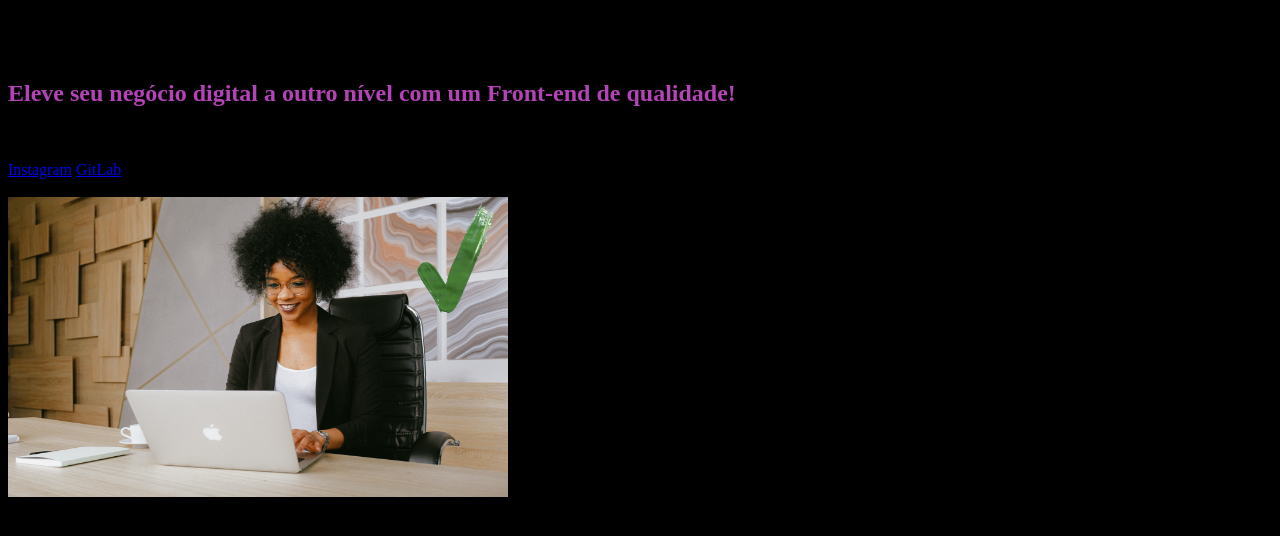
Repository: AnaFzCz/PROYECTOS-HTML---CSS2
Page: Portafolio/index.html
These files come from the project's save history. The page is drawn as it stood at one moment and after the next save; the edit follows.
The browser window is 1280 px wide. The pictures show the whole page.

Above is the page before, as saved 2025-01-22 12:58:01.

### Portafolio/index.html
<!DOCTYPE html>
<html lang="en">
<head>
    <meta charset="UTF-8">
    <meta http-equiv="X-UA-Compatible" content="IE=edge">
    <meta name="viewport" content="width=device-width, initial-scale=1.0">
    <title>Portafolio</title>
    <link rel="stylesheet" href="style.css">
</head>
<body>
    <header>

    </header>
    <main>
        <h1 style="text-align: center;">PORTAFOLIO ANA</h1>
        <h2 style="color:#B343B6">Eleve seu negócio digital a outro nível <strong>com um Front-end de qualidade!</strong></h2>
        <p>Olá! Sou Joana Santos, desenvolvedora Front-end com especialidade em React, HTML e CSS. Ajudo pequenos negócios e designers a colocarem em prática boas ideias. Vamos conversar?</p>

        <div >
        <a href="https://instagram.com">Instagram</a>
        <a href="https://github.com/AnaFzCz">GitLab</a>
        <br>
        <br>
        <img src="home-office.jpg" alt="homeoffice" style="width:500px;height: 300px;">
        </div>
    </main>
    <footer></footer>
</body>
</html>

### Portafolio/style.css
body{
   background-color: black;
   color:F6F6F6;

}
/*h1 {
    color: #333333;

}
button {
    background-color: green;
    color: white;

}
footer {
    background-color: gray;
    color: white;

}
a {
    color: DodgerBlue;

}*/

After the next save:
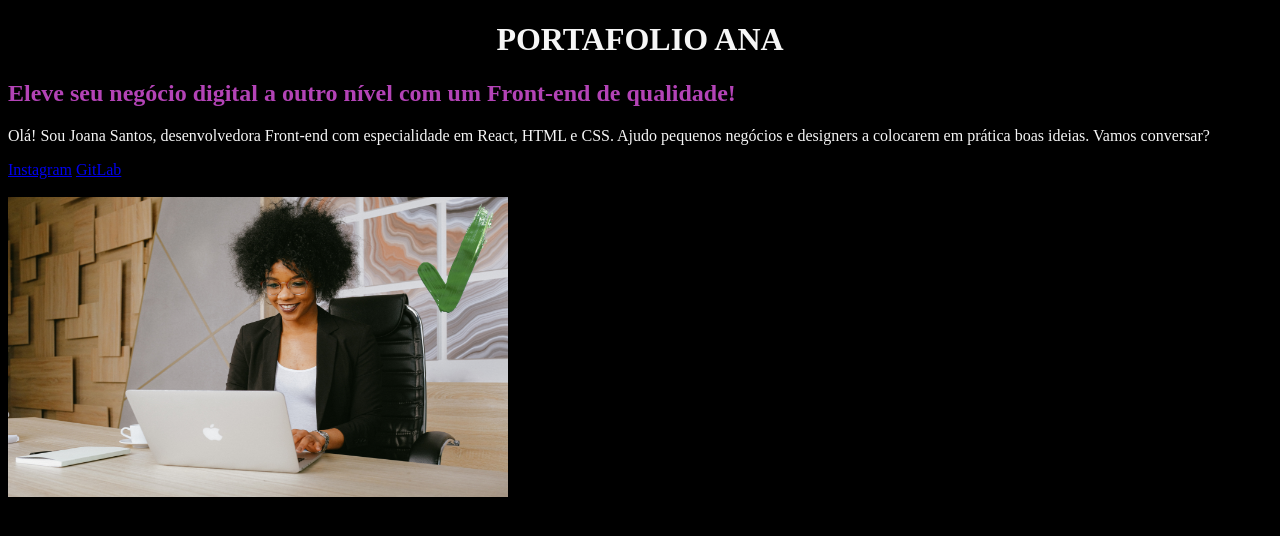
Saved 6 s later.
--- a/Portafolio/style.css
+++ b/Portafolio/style.css
@@ -1,6 +1,6 @@
 body{
    background-color: black;
-   color:F6F6F6;
+   color:#F6F6F6;
 
 }
 /*h1 {
